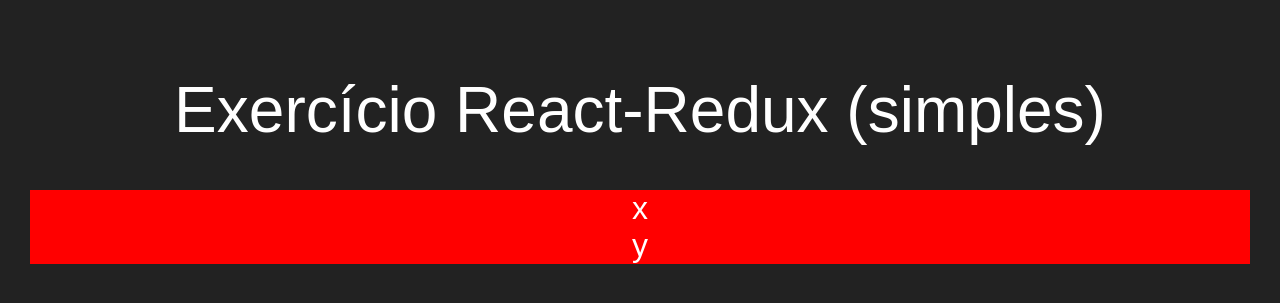
Repository: Henrique-Franca/Clear-Redux-Simples
Page: /
These files come from the project's save history. The page is drawn as it stood at one moment and after the next save; the edit follows.
The browser window is 1280 px wide. The pictures show the whole page.
The project was rebuilt for these pictures with package versions that can differ from the ones it lists, and the page was loaded fresh each time.

Above is the page before, as saved 2022-11-21 11:43:42.

### src/index.css
body{
  background-color: #222;
  font-size: 2rem;
  font-family: Arial, Helvetica, sans-serif;
  color: #fff;
  margin: 30px;
}

### src/App.js
import logo from './logo.svg';
import './App.css';
import Card from './components/Card';

function App() {
  return (
    <div className="App">
      <h1>Exercício React-Redux (simples)</h1>

      <div className='linha'>
        <Card>x</Card>
      </div>
      <div className='linha'>
        <Card>y</Card>
      </div>

    </div>
  );
}

export default App;

### src/App.css
.App{
  display: flex;
  flex-direction: column;
  text-align: center;
}

h1{
  font-weight: 200;
}

.linha{
  display: flex;
}

### src/components/Card.jsx
import './Card.css'
import React from 'react'

export default props=>{

    return (
        <div className='Card'>

            <div className='Header'>
                <span className='Title'>{props.title}</span>
            </div>
            <div className='Content'>
                {props.children}
            </div>

        </div>
    )

}

### src/components/Card.css
.Card{
    flex: 1;
    background-color: red;
}

Loaded but not shown: public/index.html (common file); src/index.js (common file); src/reportWebVitals.js (common file)

After the next save:
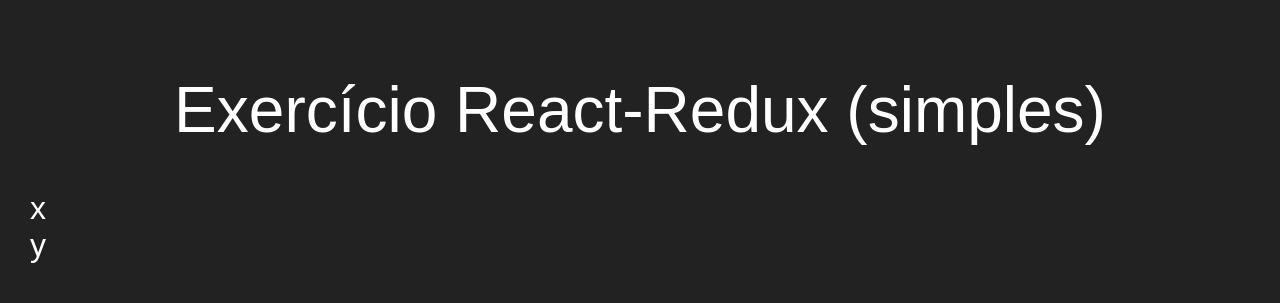
Saved 44 s later.
--- a/src/components/Card.css
+++ b/src/components/Card.css
@@ -1,4 +1,5 @@
 .Card{
     flex: 1;
-    background-color: red;
+    display: flex;
+    flex-direction:
 }
